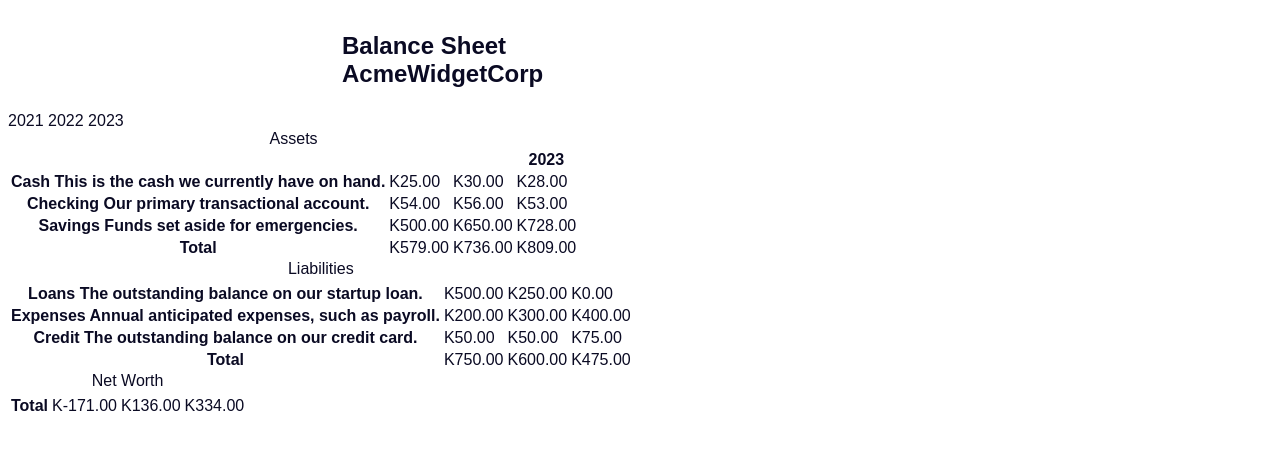
Repository: Lungdjos/balance_shee
Page: index.html
The author's editor kept a copy of each file at every save. The page is drawn from the files as they stood at one save, then again after the next save.
The browser window is 1280 px wide. The pictures show the whole page.

Above is the page before, as saved 2023-10-31 17:34:26.

### index.html
<!DOCTYPE html>
<html lang="en">

<head>
    <meta charset="UTF-8">
    <meta name="viewport" content="width=device-width, initial-scale=1.0">
    <title>Balance Sheet</title>
    <link rel="stylesheet" href="styles.css">
</head>

<body>
    <main>
        <section>
            <h1>
                <span class="flex">
                <span>AcmeWidgetCorp</span>
                <span>Balance Sheet</span>
                </span>
            </h1>
            <div id="years" aria-hidden="true">
                <span class="year">2021</span>
                <span class="year">2022</span>
                <span class="year">2023</span>
            </div>
            <div class="table-wrap">
                <table>
                    <caption>Assets</caption>
                    <thead>
                        <tr>
                            <td></td>
                            <th><span class="sr-only year">2021</span></th>
                            <th><span class="sr-only year">2022</span></th>
                            <th class="current"><span class="current">2023</span></th>
                        </tr>
                    </thead>
                    <tbody>
                        <tr class="data">
                            <th>
                                Cash <span class="description">This is the cash we currently have on hand.</span>
                            </th>
                            <td>K25.00</td>
                            <td>K30.00</td>
                            <td class="current">K28.00</td>
                        </tr>
                        <tr class="data">
                            <th>
                                Checking <span class="description">Our primary transactional account.</span>
                            </th>
                            <td>K54.00</td>
                            <td>K56.00</td>
                            <td class="current">K53.00</td>
                        </tr>
                        <tr class="data">
                            <th>
                                Savings <span class="description">Funds set aside for emergencies.</span>
                            </th>
                            <td>K500.00</td>
                            <td>K650.00</td>
                            <td class="current">K728.00</td>
                        </tr>
                        <tr class="total">
                            <th>
                                Total <span class="sr-only">Assets</span>
                            </th>
                            <td>K579.00</td>
                            <td>K736.00</td>
                            <td class="current">K809.00</td>
                        </tr>
                    </tbody>
                </table>
                <table>
                    <caption>Liabilities</caption>
                    <thead>
                        <tr>
                            <td></td>
                            <th><span class="sr-only">2021</span></th>
                            <th><span class="sr-only">2022</span></th>
                            <th><span class="sr-only">2023</span></th>
                        </tr>
                    </thead>
                    <tbody>
                        <tr class="data">
                            <th>
                                Loans <span class="description">The outstanding balance on our startup loan.</span>
                            </th>
                            <td>K500.00</td>
                            <td>K250.00</td>
                            <td class="current">K0.00</td>
                        </tr>
                        <tr class="data">
                            <th>
                                Expenses <span class="description">Annual anticipated expenses, such as payroll.</span>
                            </th>
                            <td>K200.00</td>
                            <td>K300.00</td>
                            <td class="current">K400.00</td>
                        </tr>
                        <tr class="data">
                            <th>
                                Credit <span class="description">The outstanding balance on our credit card.</span>
                            </th>
                            <td>K50.00</td>
                            <td>K50.00</td>
                            <td class="current">K75.00</td>
                        </tr>
                        <tr class="total">
                            <th>
                                Total <span class="sr-only">Liabilities</span>
                            </th>
                            <td>K750.00</td>
                            <td>K600.00</td>
                            <td class="current">K475.00</td>
                        </tr>
                    </tbody>
                </table>
                <table>
                    <caption>Net Worth</caption>
                    <thead>
                        <tr>
                            <td></td>
                            <th><span class="sr-only">2021</span></th>
                            <th><span class="sr-only">2022</span></th>
                            <th><span class="sr-only">2023</span></th>
                        </tr>
                    </thead>
                    <tbody>
                        <tr class="total">
                            <th>
                                Total <span class="sr-only">Net Worth</span>
                            </th>
                            <td>K-171.00</td>
                            <td>K136.00</td>
                            <td class="current">K334.00</td>
                        </tr>
                    </tbody>
                </table>
            </div>
        </section>
    </main>
</body>

</html>

</html>

</html>

### styles.css
/* general styling */

html {
    box-sizing: border-box;
}

body {
    font-family: sans-serif;
    color: #0a0a23;
}

span[class~="sr-only"] {
    border: 0;
    clip: rect(1px, 1px, 1px, 1px);
    clip-path: inset(50%);
    width: 1px;
    height: 1px;
    overflow: hidden;
    white-space: nowrap;
    position: absolute;
    padding: 0;
    margin: 1px;
}


/* table styling */

h1 {
    max-width: 37.25rem;
    margin: 0 auto;
    padding: 1.5rem 1.25rem;
}

h1 .flex {
    display: flex;
    flex-direction: column-reverse;
    gap:
}

After the next save:
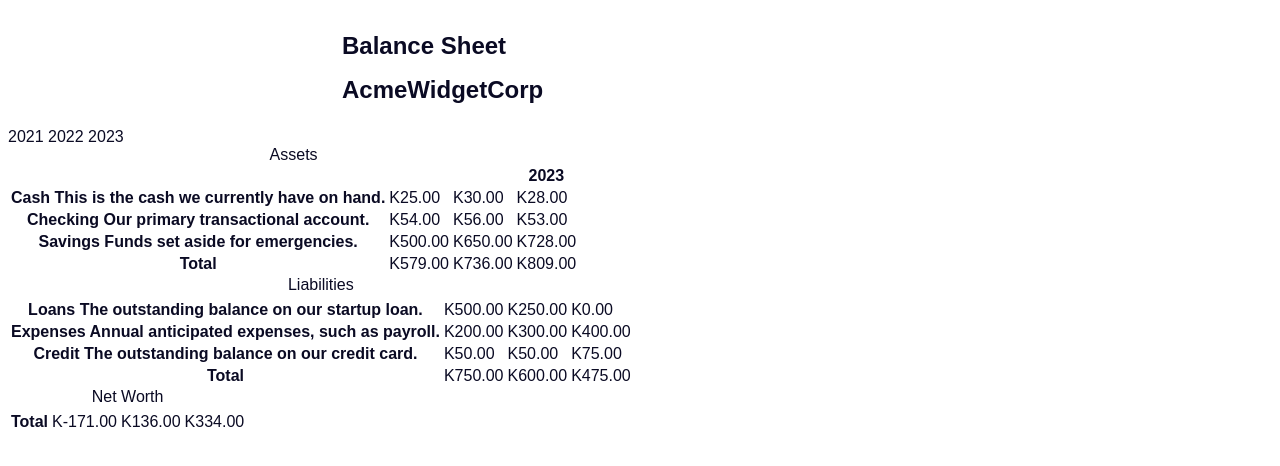
Saved 11 s later.
--- a/styles.css
+++ b/styles.css
@@ -34,5 +34,5 @@ h1 {
 h1 .flex {
     display: flex;
     flex-direction: column-reverse;
-    gap:
+    gap: 1rem;
 }
